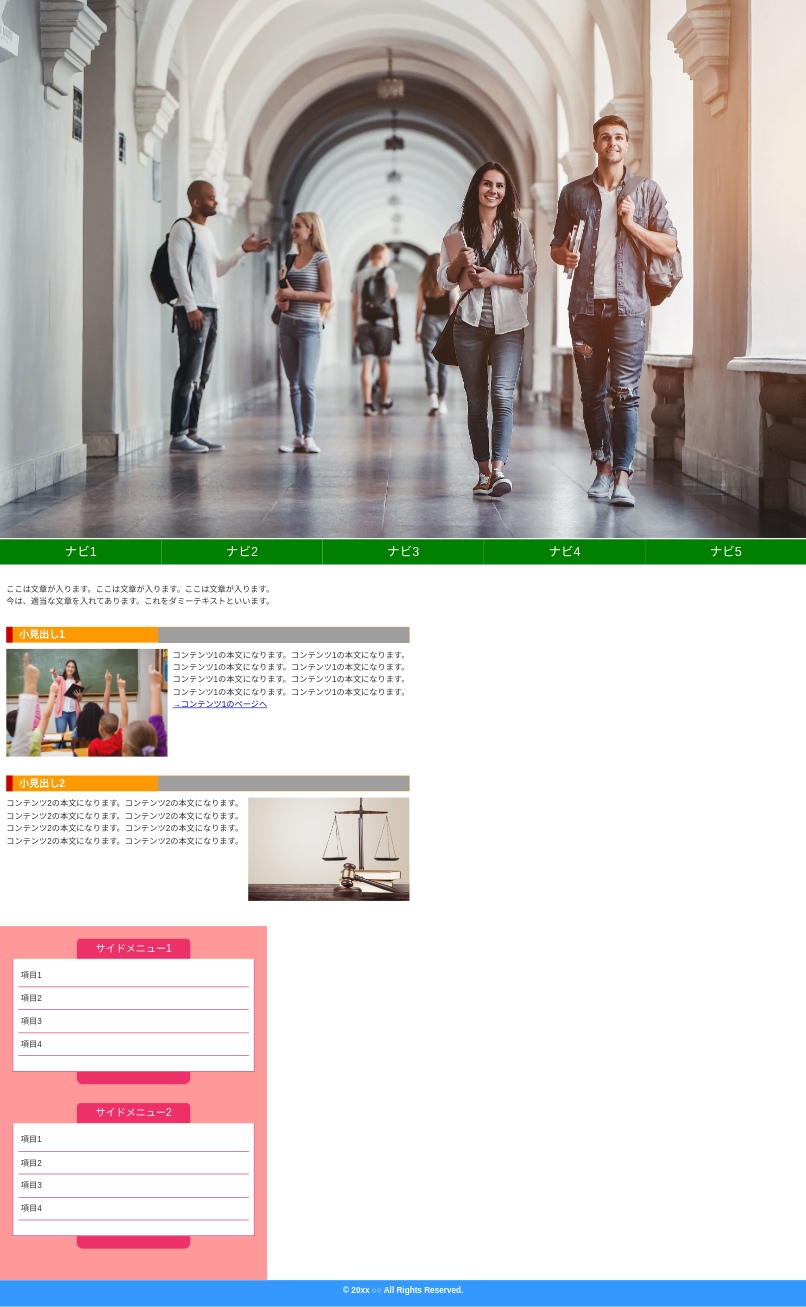
Repository: neomiyake/samurai_HTML-CSS
Page: 4章/home.html
The author's editor kept a record of every edit. The page is drawn from the files as they stood at one moment, then again after the next edit.
The browser window is 1280 px wide. The pictures show the whole page, at 63% of full size.
Pictures or frames that could not be fetched are drawn as grey boxes.

Above is the page before.

After the next edit:
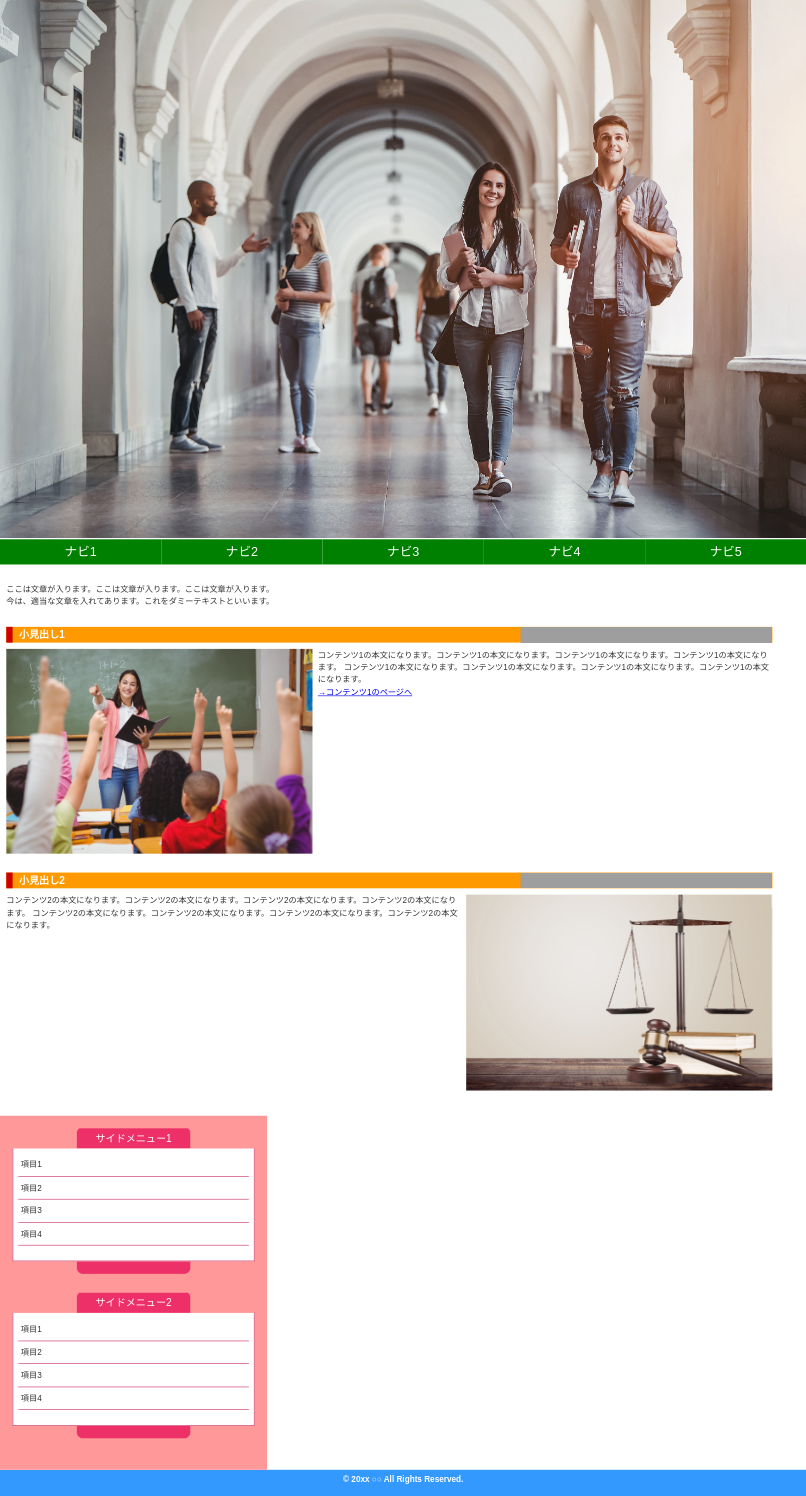
The edit:
--- a/4章/stylesheet.css
+++ b/4章/stylesheet.css
@@ -88,7 +88,7 @@
  }
  /* -------------------- main -------------------- */
  #main {
-     width: 50%; /*containerにグリッド適用に伴い追加*/
+     width: 95%; /*containerにグリッド適用に伴い追加*/
 	 /*float: left;*/ /*containerにグリッド適用に伴いコメントアウト*/
 	 /*width: 60%;*/ /*containerにグリッド適用に伴いコメントアウト*/
 	 padding: 10px 30px 10px 10px;
